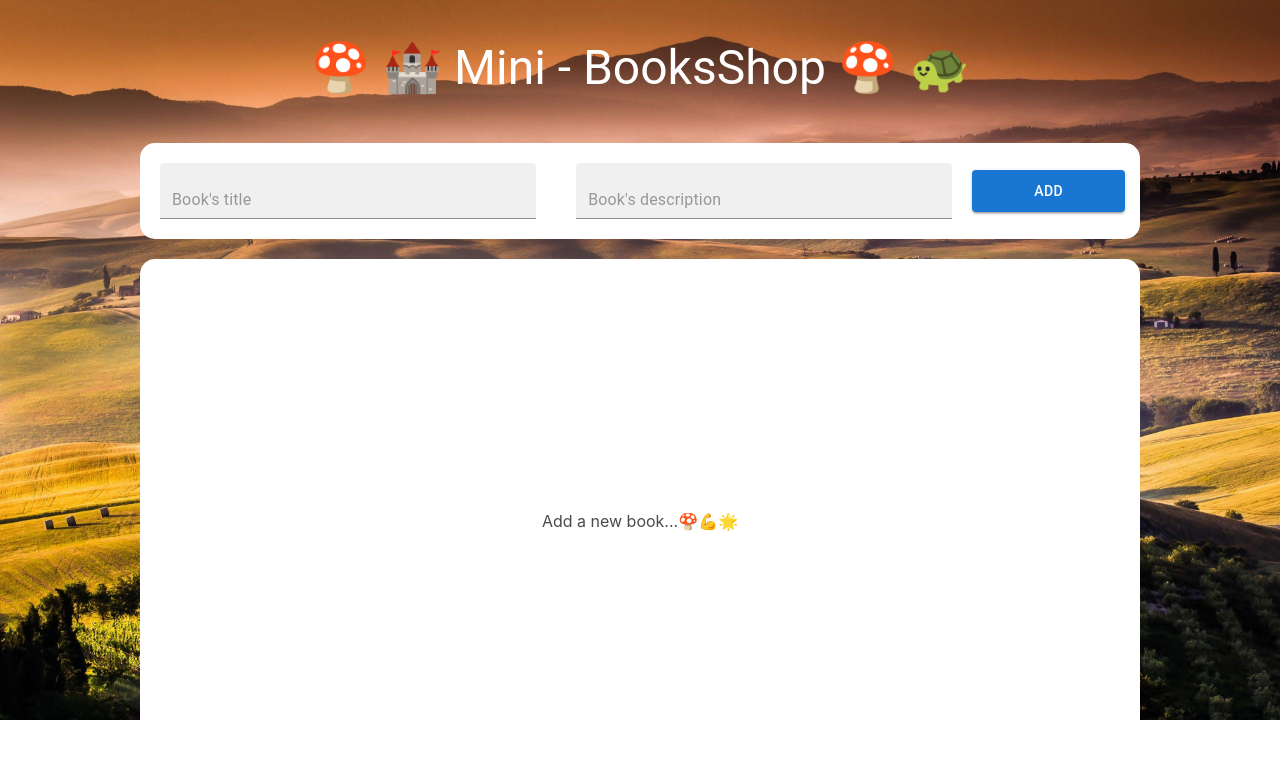
Repository: Tracy-maker/mini-bookshop
Page: /
These files come from the project's save history. The page is drawn as it stood at one moment and after a run of saves; the edit follows.
The browser window is 1280 px wide. The pictures show the whole page.
The project was rebuilt for these pictures with package versions that can differ from the ones it lists, and the page was loaded fresh each time. Also part of the build but not shown: src/components/BookEdit.js, src/components/BookItem.js.

Above is the page before, as saved 2023-09-21 16:28:59.

### src/index.js
import "./index.css";
import React from "react";
import ReactDOM from "react-dom/client";
import App from "./App";


const el = document.getElementById("root");
const root = ReactDOM.createRoot(el);

root.render(
  <React.StrictMode>
    <App />
  </React.StrictMode>
);

### src/App.js
import { useState, useEffect } from "react";
import CreateTask from "./components/CreateBook";
import TaskList from "./components/BookList";
import { Box, Stack } from "@mui/material";
import styled from "styled-components";
import Typography from "@mui/material/Typography";
import Image1 from "./image/7.jpg";

const StyledContainer = styled(Stack)`
  height: 100vh;
  width: 100%;
  display: flex;
  align-items: stretch;
  padding-top: 30px;
  background-image: url(${Image1});
  background-size: cover;
  background-repeat: no-repeat;
  gap: 20px;
`;

const TaskForm = styled(Box)`
  margin-left: auto;
  margin-right: auto;
  width: 1000px;
  background-color: white;
  border-radius: 15px;

  @media (max-width: 768px) {
    width: 100%;
  }
`;
const Title = styled(Typography)`
  color: white;
  margin: auto;
  width: 100%;
  padding: 10px;
  text-align: center;
`;

function App() {
  const [tasks, setTasks] = useState(() => {
    const localValue = localStorage.getItem("tasks");
    if (localValue == null) return [];
    return JSON.parse(localValue);
  });

  useEffect(() => {
    localStorage.setItem("tasks", JSON.stringify(tasks));
  }, [tasks]);

  const createTask = (title, description) => {
    const newTask = {
      id: crypto.randomUUID(),
      title: title,
      description: description,
      status: "inProgress",
    };

    const existingTasks = JSON.parse(localStorage.getItem("tasks")) || [];
    existingTasks.push(newTask);
    localStorage.setItem("tasks", JSON.stringify(existingTasks));
    setTasks(existingTasks);
  };

  const deleteTasksById = (id) => {
    const existingTasks = JSON.parse(localStorage.getItem("tasks")) || [];
    const updatedTasks = existingTasks.filter((task) => {
      return task.id !== id;
    });
    localStorage.setItem("tasks", JSON.stringify(updatedTasks));
    setTasks(updatedTasks);
  };

  const editTaskById = (id, newTitle, newDescription) => {
    const existingTasks = JSON.parse(localStorage.getItem("tasks")) || [];
    const taskToEdit = existingTasks.findIndex((task) => task.id === id);

    if (taskToEdit) {
      const updatedTask = {
        ...taskToEdit,
        title: newTitle,
        description: newDescription,
      };

      const updatedTasks = existingTasks.map((task) =>
        task.id === id ? updatedTask : task
      );
      localStorage.setItem("tasks", JSON.stringify(updatedTasks));
      setTasks(updatedTasks);
    }
  };

  return (
    <StyledContainer>
      <Title variant="h3" gutterBottom>
        🍄 🏰 Mini - BooksShop 🍄 🐢
      </Title>
      <TaskForm>
        <CreateTask onCreate={createTask} />
      </TaskForm>
      <TaskForm>
        <TaskList
          tasks={tasks}
          onDelete={deleteTasksById}
          onEdit={editTaskById}
        />
      </TaskForm>
    </StyledContainer>
  );
}
export default App;

### src/components/CreateBook.js
import * as React from "react";
import Stack from "@mui/material/Stack";
import TextField from "@mui/material/TextField";
import Button from "@mui/material/Button";
import { useState } from "react";
import { styled } from "@mui/material";

const Input = styled(TextField)`
  padding:2%;
  width: 80%;
`;

const AddButton = styled(Button)`
  margin: auto;
  width: 29%;
  padding: 9px;
  text-align: center;
  margin-right: 15px;
`;

function CreateBook(props) {
  const [title, setTitle] = useState("");
  const [description, setDescription] = useState("");

  const handleChange = (event) => {
    const { name, value } = event.target;
    if (name === "title") {
      setTitle(value);
    } else if (name === "description") {
      setDescription(value);
    }
  };

  const handleSubmit = (event) => {
    event.preventDefault();
    if (title.trim() !== "" || description.trim() !== "") {
      props.onCreate( title, description );
      setTitle("");
      setDescription("");
    }
  };

  return (
    <Stack onSubmit={handleSubmit} component="form" direction="row">
      <Input
        name="title"
        value={title}
        onChange={handleChange}
        placeholder="Book's title"
        variant="filled"
      />
      <Input
        name="description"
        value={description}
        onChange={handleChange}
        placeholder="Book's description"
        variant="filled"
      />
      <AddButton type="submit" variant="contained">
        Add
      </AddButton>
    </Stack>
  );
}

export default CreateBook;

### src/components/BookList.js
import React from "react";
import TaskShow from "./BookItem";
import { Box } from "@mui/material";
import styled from "styled-components";

const Reminder = styled(Box)`
  text-align: center;
  padding: ${(props) => (props.noTasks ? "25%" : "0")};
`;

function BookList(props) {
  const renderedTasksList = props.tasks.map((task) => {
    return (
      <TaskShow
        key={task.id}
        task={task}
        onDelete={props.onDelete}
        onEdit={props.onEdit}
      />
    );
  });

  return (
    <>
      <Reminder noTasks={props.tasks.length === 0}>
        {props.tasks.length === 0 && "Add a new book...🍄💪🌟"}
      </Reminder>
      {renderedTasksList}
    </>
  );
}

export default BookList;

Loaded but not shown: public/index.html (common file); src/index.css (library)

After the next 2 saves:
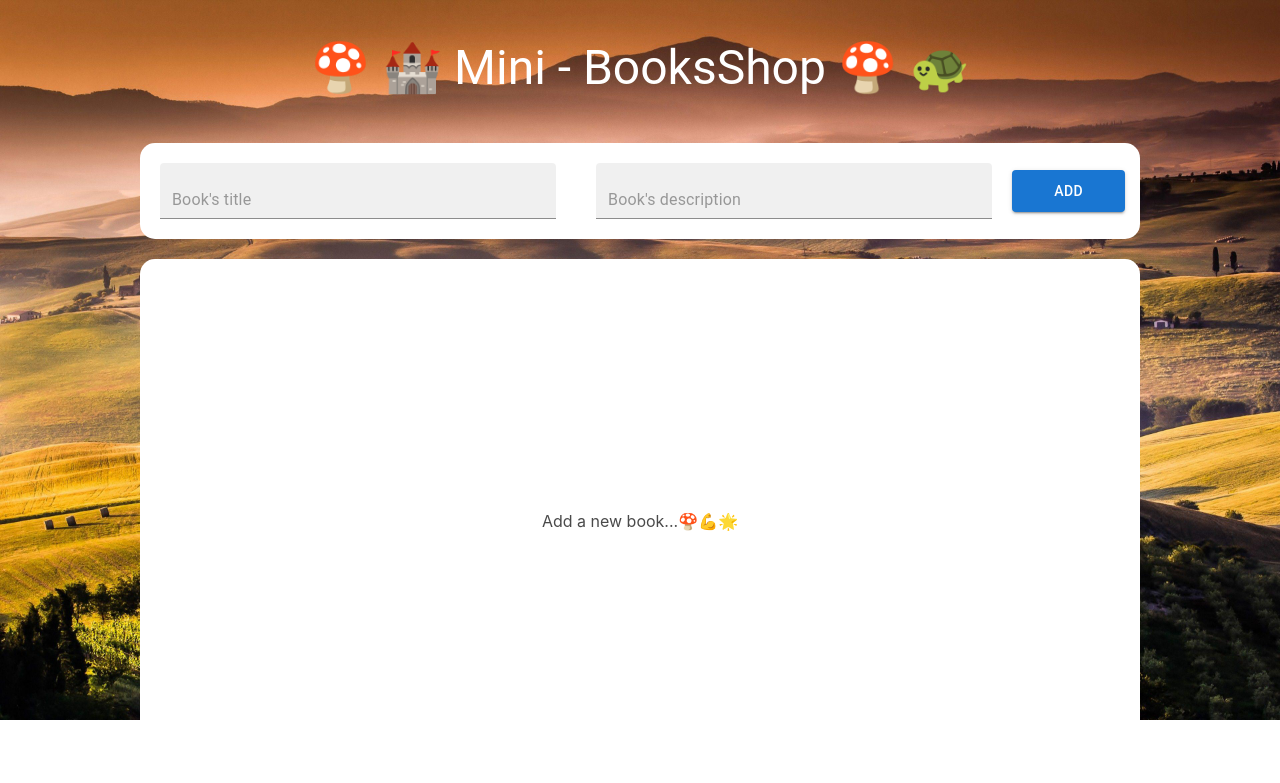
The 2 saves are shown as one change because they came seconds apart.
The last was saved 7 s later.
--- a/src/components/CreateBook.js
+++ b/src/components/CreateBook.js
@@ -12,7 +12,7 @@ const Input = styled(TextField)`
 
 const AddButton = styled(Button)`
   margin: auto;
-  width: 29%;
+  width: 20%;
   padding: 9px;
   text-align: center;
   margin-right: 15px;
